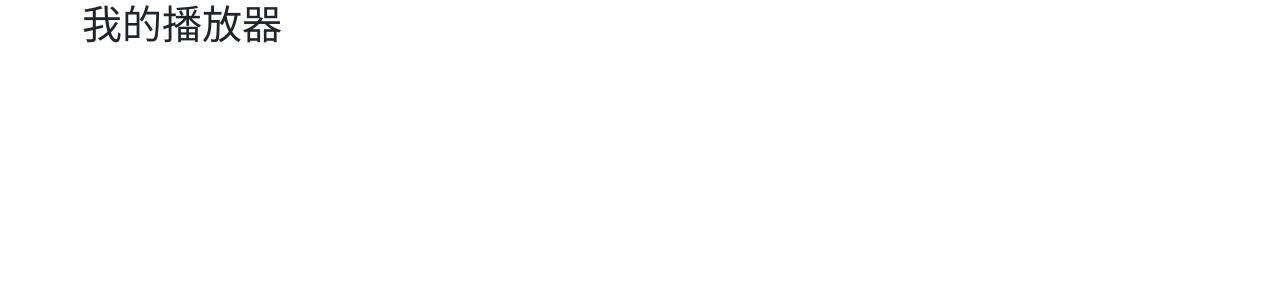
Repository: Ostask/electronTest
Page: renderer/index.html
These files come from the project's save history. The page is drawn as it stood at one moment and after the next save; the edit follows.
The browser window is 1280 px wide. The pictures show the whole page.
Some web libraries are served in a nearby version.

Above is the page before, as saved 2020-03-25 11:13:51.

After the next save:
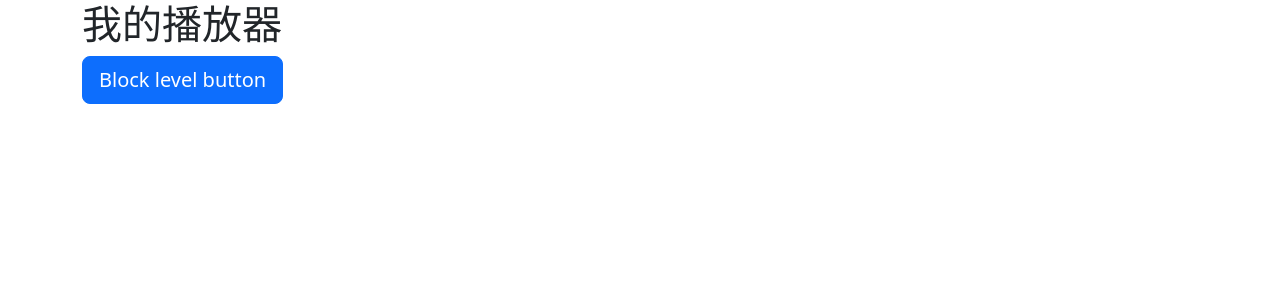
Saved 46 s later.
--- a/renderer/index.html
+++ b/renderer/index.html
@@ -8,6 +8,7 @@
   <body>
     <div class=container>
         <h1>我的播放器</h1>
+        <button type="button" class="btn btn-primary btn-lg btn-block">Block level button</button>
     </div>
   </body>
 </html>
